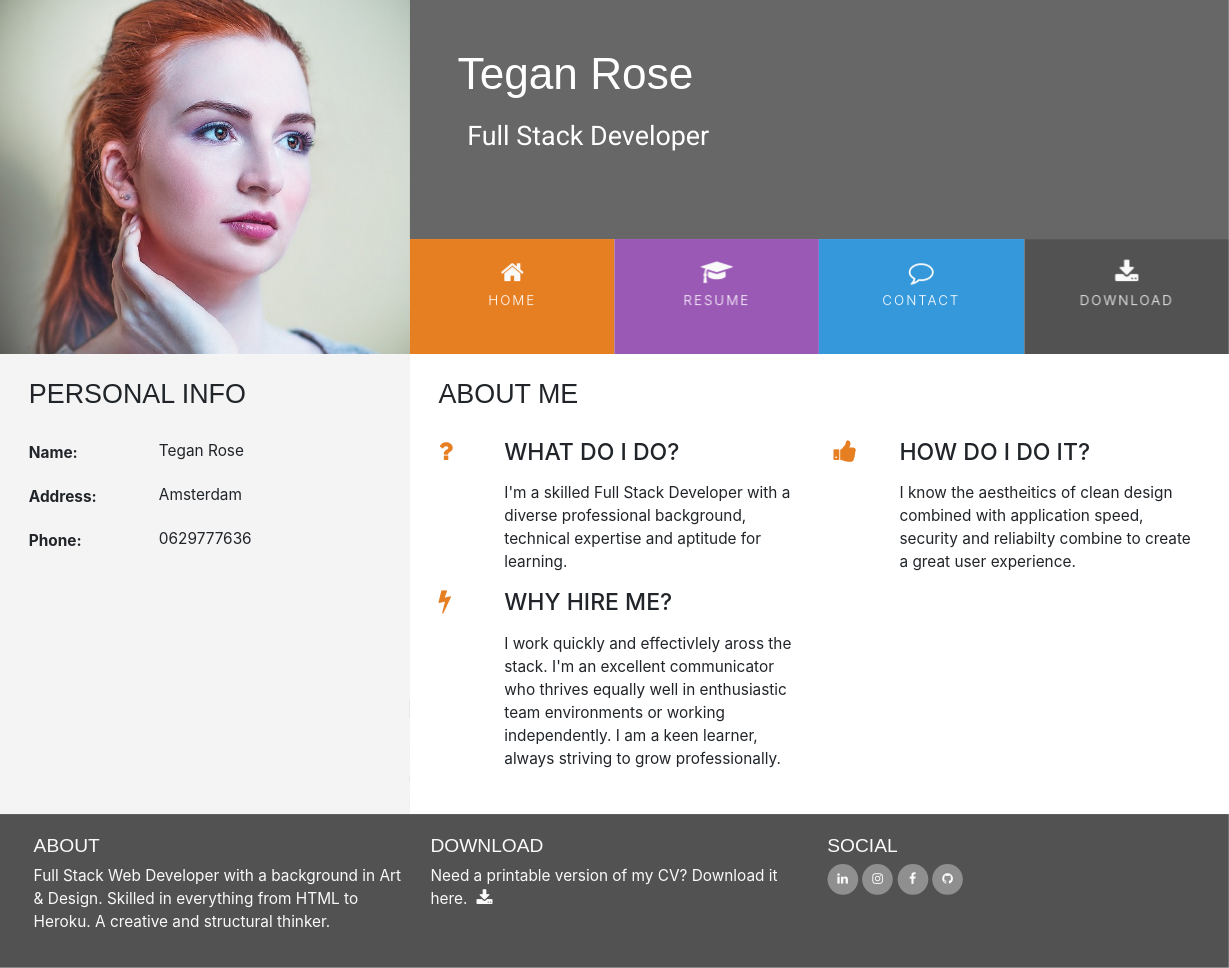
Repository: TSRose/Resume
Page: index.html
The author's editor kept a record of every edit. The page is drawn from the files as they stood at one moment, then again after the next edit.
The browser window is 1280 px wide. The pictures show the whole page, at 96% of full size.

Above is the page before.

After the next edit:
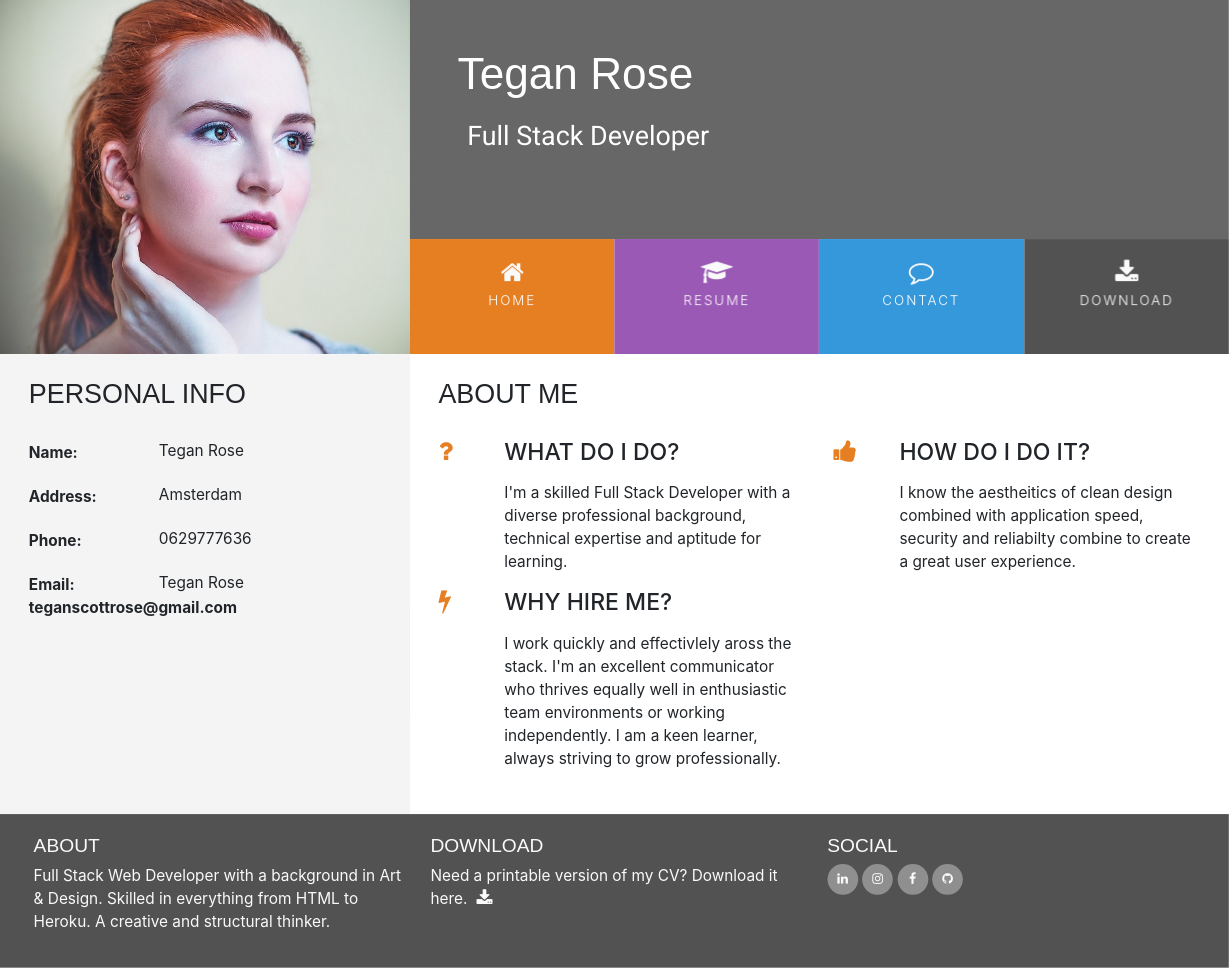
The edit:
--- a/index.html
+++ b/index.html
@@ -91,6 +91,18 @@
                         </p>
                     </div>
                 </div>
+                 <div class="personal-info-item">
+                    <div class="key">
+                        <p ="uppercase">
+                            Email: teganscottrose@gmail.com
+                        </p>
+                    </div>
+                    <div class="value">
+                        <p>
+                            Tegan Rose
+                        </p>
+                    </div>
+                </div>
             </div>
             <div class="col-md-8 bg-color-three-reasons section-column">
                 <div class="row">
